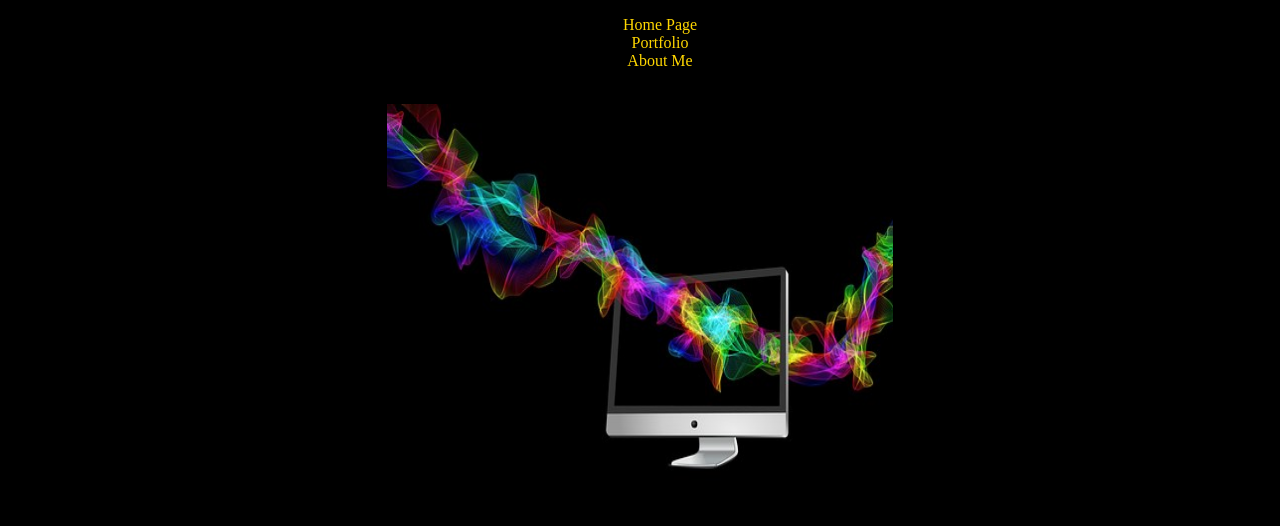
Repository: bluesyrupshed/bluesyrupshed.github.io
Page: index.html
The author's editor kept a record of every edit. The page is drawn from the files as they stood at one moment, then again after the next edit.
The browser window is 1280 px wide. The pictures show the whole page.

Above is the page before.

### index.html
<!DOCTYPE html>
<html>
    <head>
        <title>Home</title>
        <link rel="stylesheet" href="./styles/index.css">
        <link rel="shortcut icon" type="image/x-icon" href="computer favicon.png">
        </head>
    <body>
        <ul>
         <center><li><a href="index.html">Home Page</h1></a></li></center>
         <center><li><a href="portfolio.html">Portfolio</a></li></center>
          <center><li><a href="about.html">About Me</a></li></center>
          </ul>
          <br>


        <img src="smadel.jpg" alt="Computer with particles" width="400" height="400">
    </body>

</html>

### styles/index.css
body {
    background-color: rgb(0,0,0);
    list-style: none;
}

img {
  display: block;
  margin-left: auto;
  margin-right: auto;
  width: 40%;
}

a {
  color: #FFD700;
  text-decoration: none;
  display: block;
  margin: auto;
}

After the next edit:
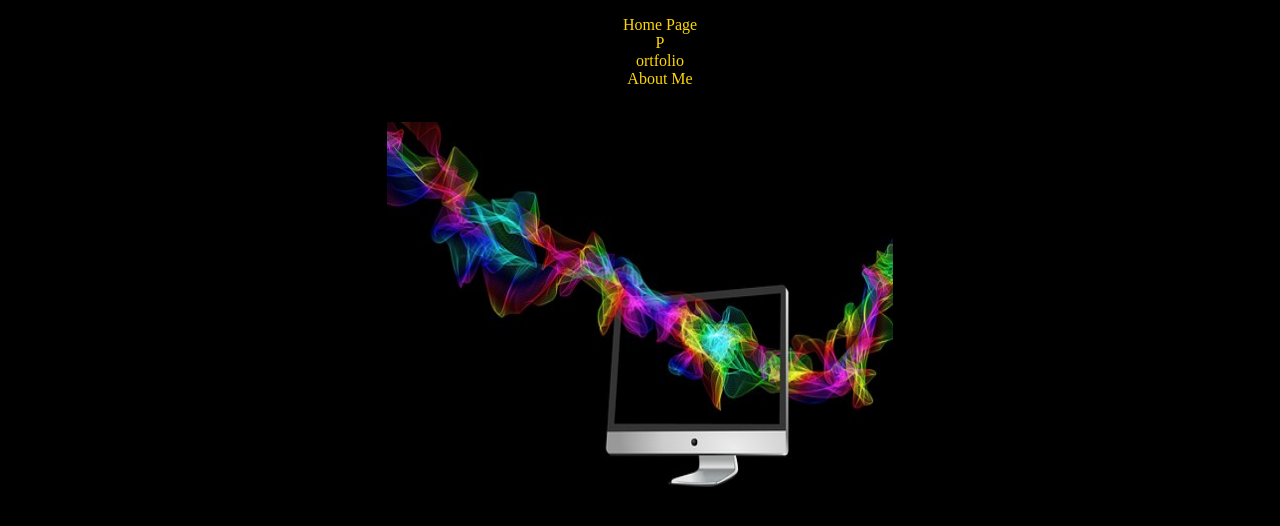
The edit:
--- a/index.html
+++ b/index.html
@@ -7,9 +7,9 @@
         </head>
     <body>
         <ul>
-         <center><li><a href="index.html">Home Page</h1></a></li></center>
-         <center><li><a href="portfolio.html">Portfolio</a></li></center>
-          <center><li><a href="about.html">About Me</a></li></center>
+         <center><li><a href="index.html"><a class="center">Home Page</h1></a></li></center>
+         <center><li><a href="portfolio.html">P<a class="center">ortfolio</a></li></center>
+          <center><li><a href="about.html"><a class="center">About Me</a></li></center>
           </ul>
           <br>
 

After the 2 edits that followed:
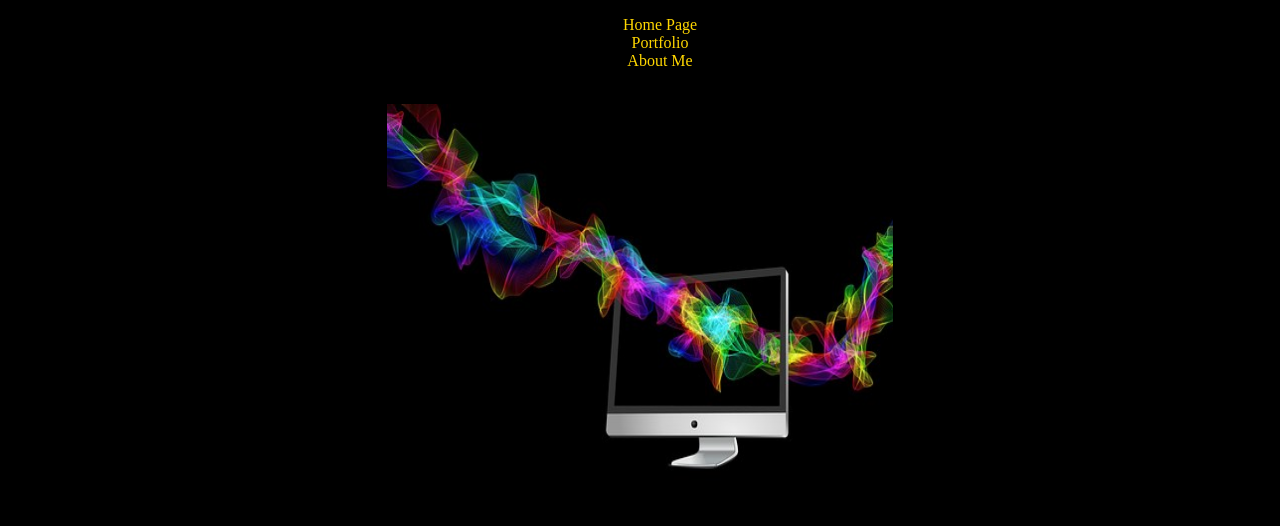
The 2 edits are shown as one change because 1 left the picture as it was.
The edit:
--- a/index.html
+++ b/index.html
@@ -4,12 +4,17 @@
         <title>Home</title>
         <link rel="stylesheet" href="./styles/index.css">
         <link rel="shortcut icon" type="image/x-icon" href="computer favicon.png">
+        <style>
+              .center {
+  text-align: center;
+}
+          </style>
         </head>
     <body>
         <ul>
-         <center><li><a href="index.html"><a class="center">Home Page</h1></a></li></center>
-         <center><li><a href="portfolio.html">P<a class="center">ortfolio</a></li></center>
-          <center><li><a href="about.html"><a class="center">About Me</a></li></center>
+         <center><li><a href="index.html"><class="center">Home Page</h1></a></li></center>
+         <center><li><a href="portfolio.html">P<class="center">ortfolio</a></li></center>
+          <center><li><a href="about.html"><class="center">About Me</a></li></center>
           </ul>
           <br>
 
